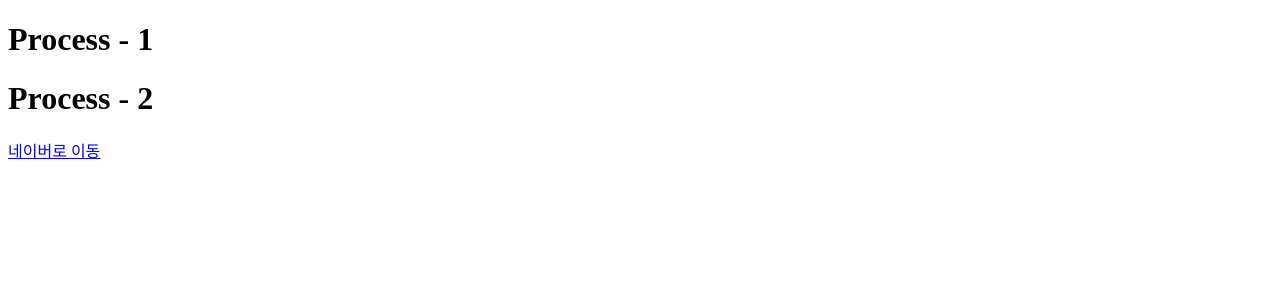
Repository: Pang-Ho/TIL
Page: JavaScript/workspace_web/jstest/WebContent/domtest.html
An editor plug-in stored every save of this project. The page is shown before and after the next save, followed by the edit.
The browser window is 1280 px wide. The pictures show the whole page.

Above is the page before, as saved 2021-08-24 05:16:52.
Console error: TypeError: Cannot set properties of null (setting 'innerHTML')

### JavaScript/workspace_web/jstest/WebContent/domtest.html
<!DOCTYPE html>
<html>
<head>
<meta charset="UTF-8">
<title>Insert title here</title>
</head>
<body>
<script type="text/javascript">
function action(){

//태그 읽어와라 dom으로시작
var h1_first = document.getElementById("first"); //위 h1을 객체모양으로 설계
h1_first.innerHTML = "Process - 3";
h1_first.style.color = "red";
h1_first.style.border = "1px solid green";

var a = document.getElementById("third");
alert(a.href);
a.href="";

alert(h1_first.href);
}

//setTimeout(action, 1000); //1. 시간을 지연해서 실행 순서를 바꾸는 방법
window.onload = action(); //2. 윈도우 로딩이 완료되면(</html>이 끝나면) 함수를 실행해라
</script>

<h1 id="first"> Process - 1</h1>
<h1> Process - 2</h1>
<a id="third" href="http://www.naver.com"> 네이버로 이동</a>



</body>
</html>

After the next save:
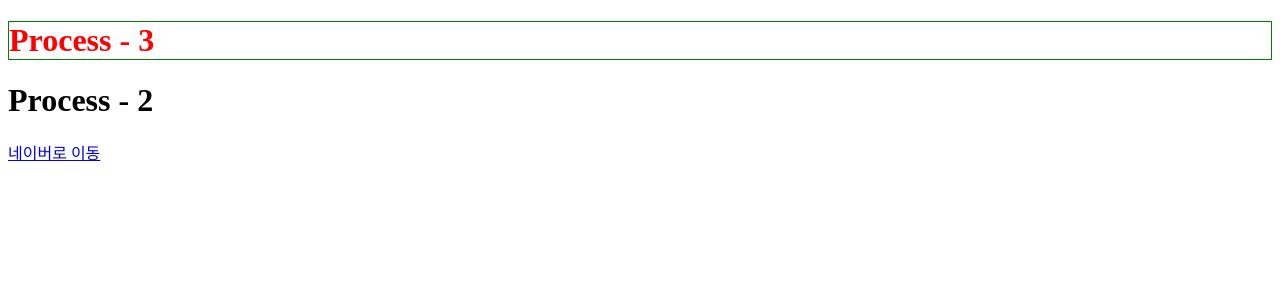
The error is gone.
Saved 59 s later.
--- a/JavaScript/workspace_web/jstest/WebContent/domtest.html
+++ b/JavaScript/workspace_web/jstest/WebContent/domtest.html
@@ -22,7 +22,7 @@ alert(h1_first.href);
 }
 
 //setTimeout(action, 1000); //1. 시간을 지연해서 실행 순서를 바꾸는 방법
-window.onload = action(); //2. 윈도우 로딩이 완료되면(</html>이 끝나면) 함수를 실행해라
+window.onload = action; //2. 윈도우 로딩이 완료되면(</html>이 끝나면) 함수를 실행해라
 </script>
 
 <h1 id="first"> Process - 1</h1>
